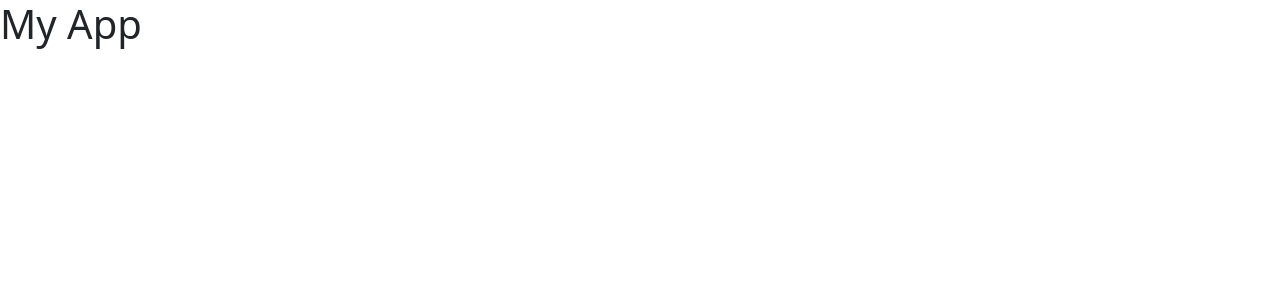
Repository: ashish9503/news_app
Page: /
An editor plug-in stored every save of this project. The page is shown before and after the next save, followed by the edit.
The browser window is 1280 px wide. The pictures show the whole page.
The project was rebuilt for these pictures with package versions that can differ from the ones it lists, and the page was loaded fresh each time.

Above is the page before, as saved 2024-03-08 22:31:02.

### public/index.html
<!DOCTYPE html>
<html lang="en">
  <head>
    <meta charset="utf-8" />
    <link rel="icon" href="%PUBLIC_URL%/favicon.ico" />
    <meta name="viewport" content="width=device-width, initial-scale=1" />
    <meta name="theme-color" content="#000000" />
    <meta
      name="description"
      content="Web site created using create-react-app"
    />
    <link rel="apple-touch-icon" href="%PUBLIC_URL%/logo192.png" />
    <link href="https://cdn.jsdelivr.net/npm/bootstrap@5.0.2/dist/css/bootstrap.min.css" rel="stylesheet" integrity="sha384-EVSTQN3/azprG1Anm3QDgpJLIm9Nao0Yz1ztcQTwFspd3yD65VohhpuuCOmLASjC" crossorigin="anonymous">

    <!--
      manifest.json provides metadata used when your web app is installed on a
      user's mobile device or desktop. See https://developers.google.com/web/fundamentals/web-app-manifest/
    -->
    <link rel="manifest" href="%PUBLIC_URL%/manifest.json" />
    <!--
      Notice the use of %PUBLIC_URL% in the tags above.
      It will be replaced with the URL of the `public` folder during the build.
      Only files inside the `public` folder can be referenced from the HTML.

      Unlike "/favicon.ico" or "favicon.ico", "%PUBLIC_URL%/favicon.ico" will
      work correctly both with client-side routing and a non-root public URL.
      Learn how to configure a non-root public URL by running `npm run build`.
    -->
    <title>React App</title>
  </head>
  <body>
    <noscript>You need to enable JavaScript to run this app.</noscript>
    <div id="root"></div>
    <!--
      This HTML file is a template.
      If you open it directly in the browser, you will see an empty page.

      You can add webfonts, meta tags, or analytics to this file.
      The build step will place the bundled scripts into the <body> tag.

      To begin the development, run `npm start` or `yarn start`.
      To create a production bundle, use `npm run build` or `yarn build`.
    -->
    <script src="https://cdn.jsdelivr.net/npm/bootstrap@5.0.2/dist/js/bootstrap.bundle.min.js" integrity="sha384-MrcW6ZMFYlzcLA8Nl+NtUVF0sA7MsXsP1UyJoMp4YLEuNSfAP+JcXn/tWtIaxVXM" crossorigin="anonymous"></script>

  </body>
</html>

### src/index.js
import React from 'react';
import ReactDOM from 'react-dom/client';
import App from './App';;


const root = ReactDOM.createRoot(document.getElementById('root'));
root.render(
  <React.StrictMode>
    <App />
  </React.StrictMode>
);
// reportWebVitals();

### src/App.js
import React from 'react'

const App = () => {
  return (
    <div>
      <h1>My App</h1>

    </div>
  )
}

export default App

### src/component/navbar/Navbar.js
import React from 'react'

const Navbar = () => {
  return (
    <div>
      <nav className="navbar navbar-expand-lg navbar-light bg-light">
  <div className="container-fluid">
    <a className="navbar-brand" href="#">Navbar</a>
    <button className="navbar-toggler" type="button" data-bs-toggle="collapse" data-bs-target="#navbarSupportedContent" aria-controls="navbarSupportedContent" aria-expanded="false" aria-label="Toggle navigation">
      <span className="navbar-toggler-icon"></span>
    </button>
    <div className="collapse navbar-collapse" id="navbarSupportedContent">
      <ul className="navbar-nav me-auto mb-2 mb-lg-0">
        <li className="nav-item">
          <a className="nav-link active" aria-current="page" href="#">Home</a>
        </li>
        <li className="nav-item">
          <a className="nav-link" href="#">Link</a>
        </li>
        <li className="nav-item dropdown">
          <a className="nav-link dropdown-toggle" href="#" id="navbarDropdown" role="button" data-bs-toggle="dropdown" aria-expanded="false">
            Dropdown
          </a>
          <ul className="dropdown-menu" aria-labelledby="navbarDropdown">
            <li><a className="dropdown-item" href="#">Action</a></li>
            <li><a className="dropdown-item" href="#">Another action</a></li>
            <li><hr className="dropdown-divider"/></li>
            <li><a className="dropdown-item" href="#">Something else here</a></li>
          </ul>
        </li>
        <li className="nav-item">
          <a className="nav-link disabled" href="#" tabindex="-1" aria-disabled="true">Disabled</a>
        </li>
      </ul>
      <form className="d-flex">
        <input className="form-control me-2" type="search" placeholder="Search" aria-label="Search"/>
        <button className="btn btn-outline-success" type="submit">Search</button>
      </form>
    </div>
  </div>
</nav>
    </div>
  )
}

export default Navbar

After the next save:
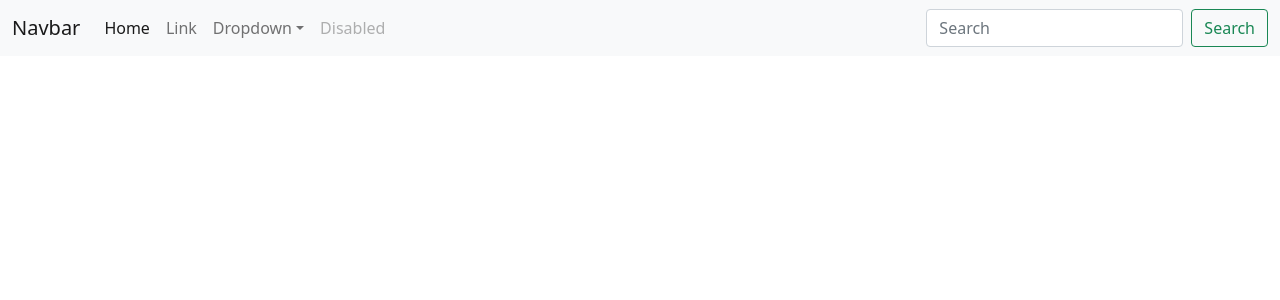
Saved 2 min 35 s later.
--- a/src/App.js
+++ b/src/App.js
@@ -1,9 +1,10 @@
 import React from 'react'
+import Navbar from './component/navbar/Navbar'
 
 const App = () => {
   return (
     <div>
-      <h1>My App</h1>
+    <Navbar/>
 
     </div>
   )
